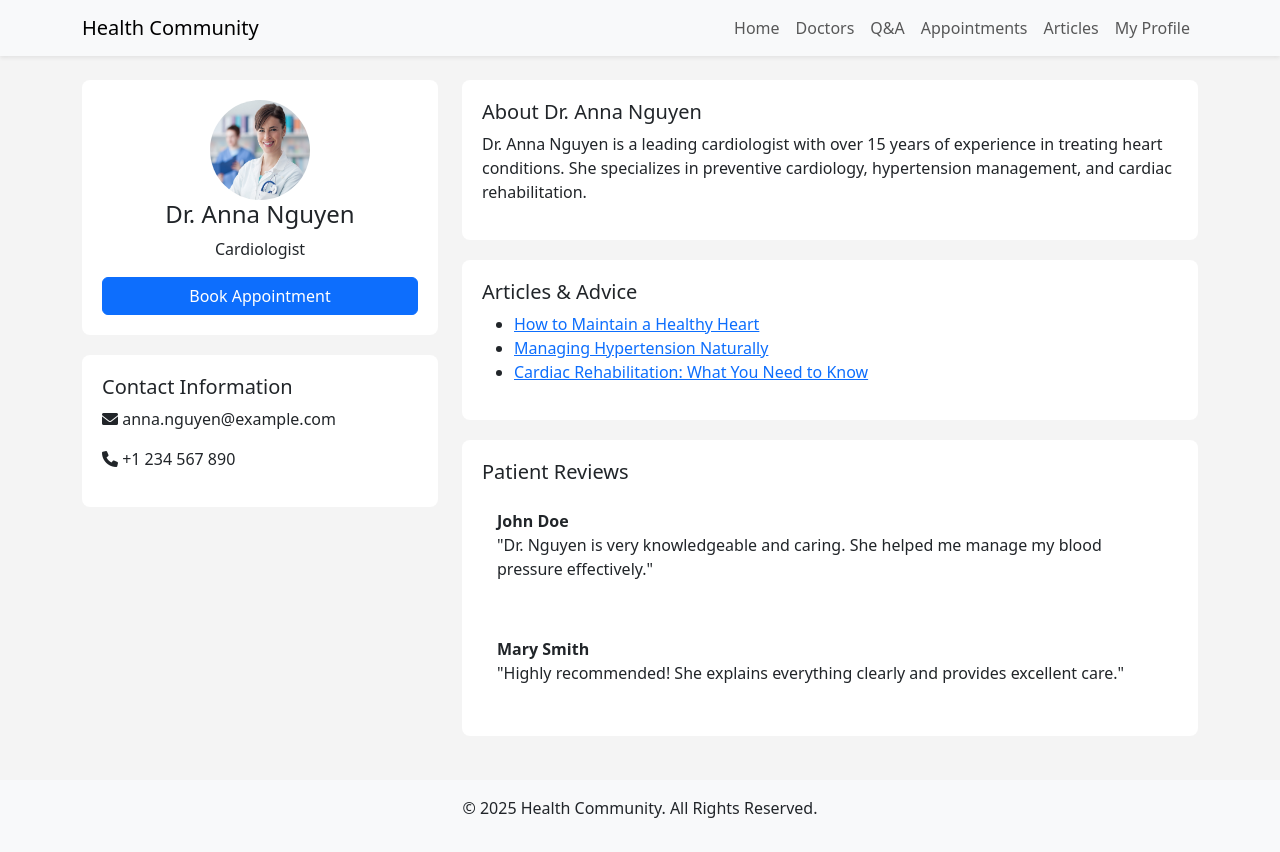
Repository: JonesKhaii/CodySocial
Page: tests/web-test/doctor-profile.html
The author's editor kept a copy of each file at every save. The page is drawn from the files as they stood at one save, then again after the next save.
The browser window is 1280 px wide. The pictures show the whole page.

Above is the page before, as saved 2025-02-07 10:28:48.

After the next save:
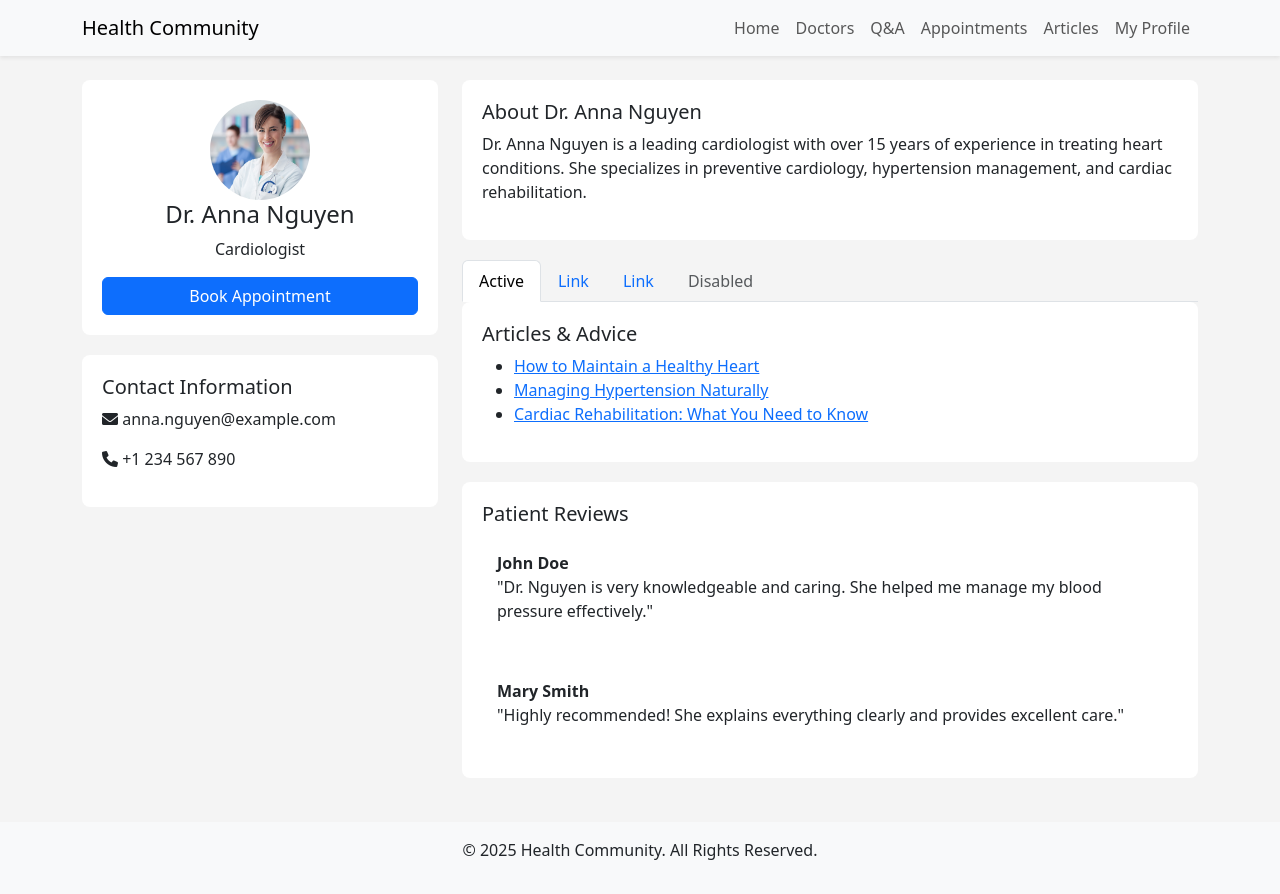
Saved 12 min 14 s later.
--- a/tests/web-test/doctor-profile.html
+++ b/tests/web-test/doctor-profile.html
@@ -108,6 +108,27 @@
                             hypertension management, and cardiac rehabilitation.
                         </p>
                     </div>
+                    <ul class="nav nav-tabs">
+                        <li class="nav-item">
+                            <a
+                                class="nav-link active"
+                                aria-current="page"
+                                href="#"
+                                >Active</a
+                            >
+                        </li>
+                        <li class="nav-item">
+                            <a class="nav-link" href="#">Link</a>
+                        </li>
+                        <li class="nav-item">
+                            <a class="nav-link" href="#">Link</a>
+                        </li>
+                        <li class="nav-item">
+                            <a class="nav-link disabled" aria-disabled="true"
+                                >Disabled</a
+                            >
+                        </li>
+                    </ul>
 
                     <div class="profile-card">
                         <h5>Articles & Advice</h5>
